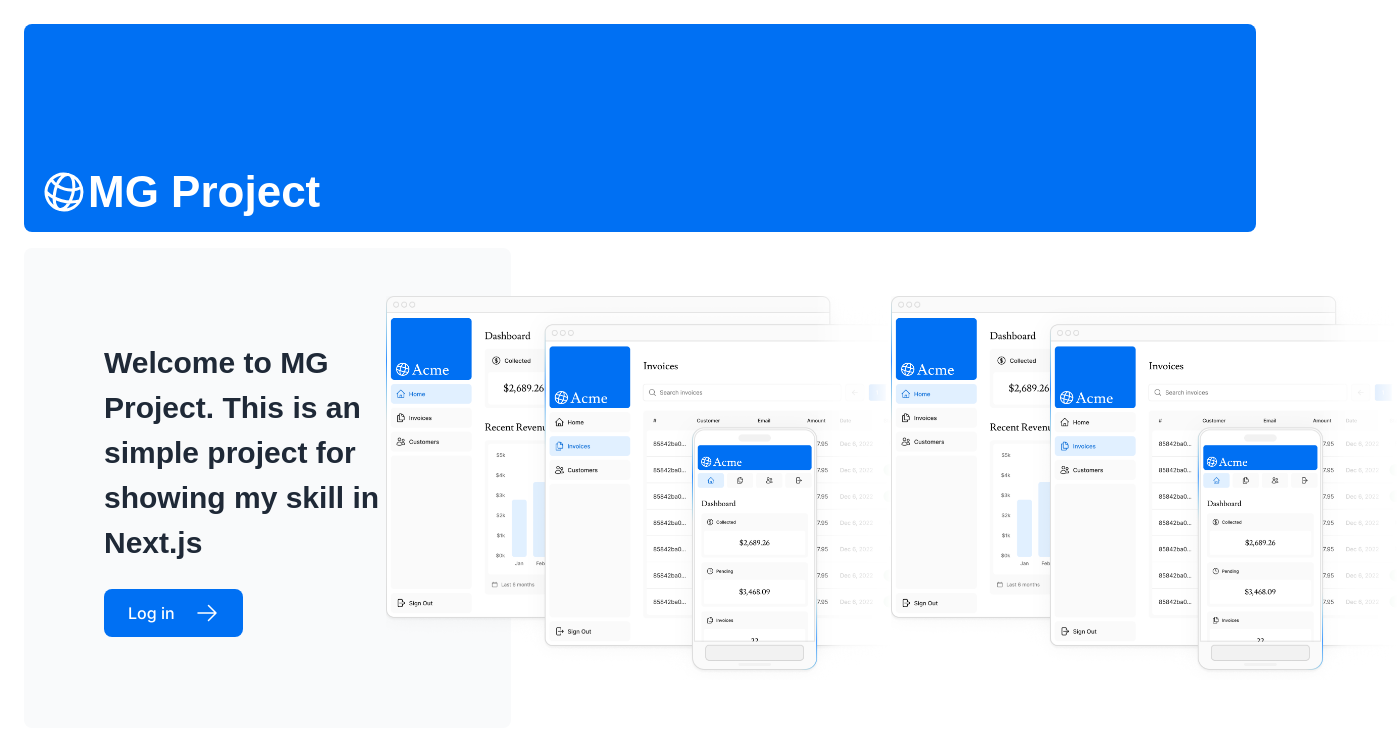
Repository: MikayelGubryan/Financial-dashboard
Page: /
The author's editor kept a copy of each file at every save. The page is drawn from the files as they stood at one save, then again after a run of saves.
The browser window is 1280 px wide. The page is 1397 px wide, then 1280 px, so the pictures cover 1397 px, including what lies to the right of the window. The pictures show the whole page.
Some web fonts or font styles are not loaded; a fallback is used. The project was rebuilt for these pictures with package versions that can differ from the ones it lists, and the page was loaded fresh each time. The framework's server and built-in components were replaced by stand-ins that run in the browser. Also part of the build but not shown: next.config.mjs.

Above is the page before, as saved 2024-07-08 22:50:44.

### app/page.tsx
import AcmeLogo from '@/app/ui/acme-logo';
import { ArrowRightIcon } from '@heroicons/react/24/outline';
import Link from 'next/link';
import { lusitana } from './ui/fonts';
import Image from 'next/image';

export default function Page() {
  return (
    <main className="flex min-h-screen flex-col p-6">
      <div className="flex h-20 shrink-0 items-end rounded-lg bg-blue-500 p-4 md:h-52">
        <AcmeLogo />
      </div>
      <div className="mt-4 flex grow flex-col gap-4 md:flex-row">
        <div className="flex flex-col justify-center gap-6 rounded-lg bg-gray-50 px-6 py-10 md:w-2/5 md:px-20">
          <p className={`text-xl text-gray-800 md:text-3xl md:leading-normal ${lusitana.className}`}>
            <strong>Welcome to MG Project.</strong> This is an simple project for showing my skill in Next.js
          </p>
          <Link
            href="/login"
            className="flex items-center gap-5 self-start rounded-lg bg-blue-500 px-6 py-3 text-sm font-medium text-white transition-colors hover:bg-blue-400 md:text-base"
          >
            <span>Log in</span> <ArrowRightIcon className="w-5 md:w-6" />
          </Link>
        </div>
        <div className="flex items-center justify-center p-6 md:w-3/5 md:px-28 md:py-12">
          <Image
            src="/hero-desktop.png"
            width={1000}
            height={760}
            className="hidden md:block"
            alt="Screenshots of the dashboard project showing desktop version"
          />
          <Image
            src="/hero-desktop.png"
            width={560}
            height={620}
            className="hidden md:block"
            alt="Screenshots of the dashboard project showing desktop version"
          />
        </div>
      </div>
    </main>
  );
}

### app/ui/fonts.ts
import { Inter } from 'next/font/google';
import { Lusitana } from 'next/font/google';

export const inter = Inter({subsets: ['latin']});
export const lusitana = Lusitana({subsets: ['latin'], weight: '700'})

### app/ui/acme-logo.tsx
import { GlobeAltIcon } from '@heroicons/react/24/outline';
import { lusitana } from '@/app/ui/fonts';

export default function AcmeLogo() {
  return (
    <div
      className={`${lusitana.className} flex flex-row items-center leading-none text-white`}
    >
      <GlobeAltIcon className="h-12 w-12 rotate-[15deg]" />
      <p className="text-[44px]">MG Project</p>
    </div>
  );
}

Loaded but not shown: app/layout.tsx (common file); app/ui/global.css (common file); tailwind.config.ts (common file)

After the next 3 saves:
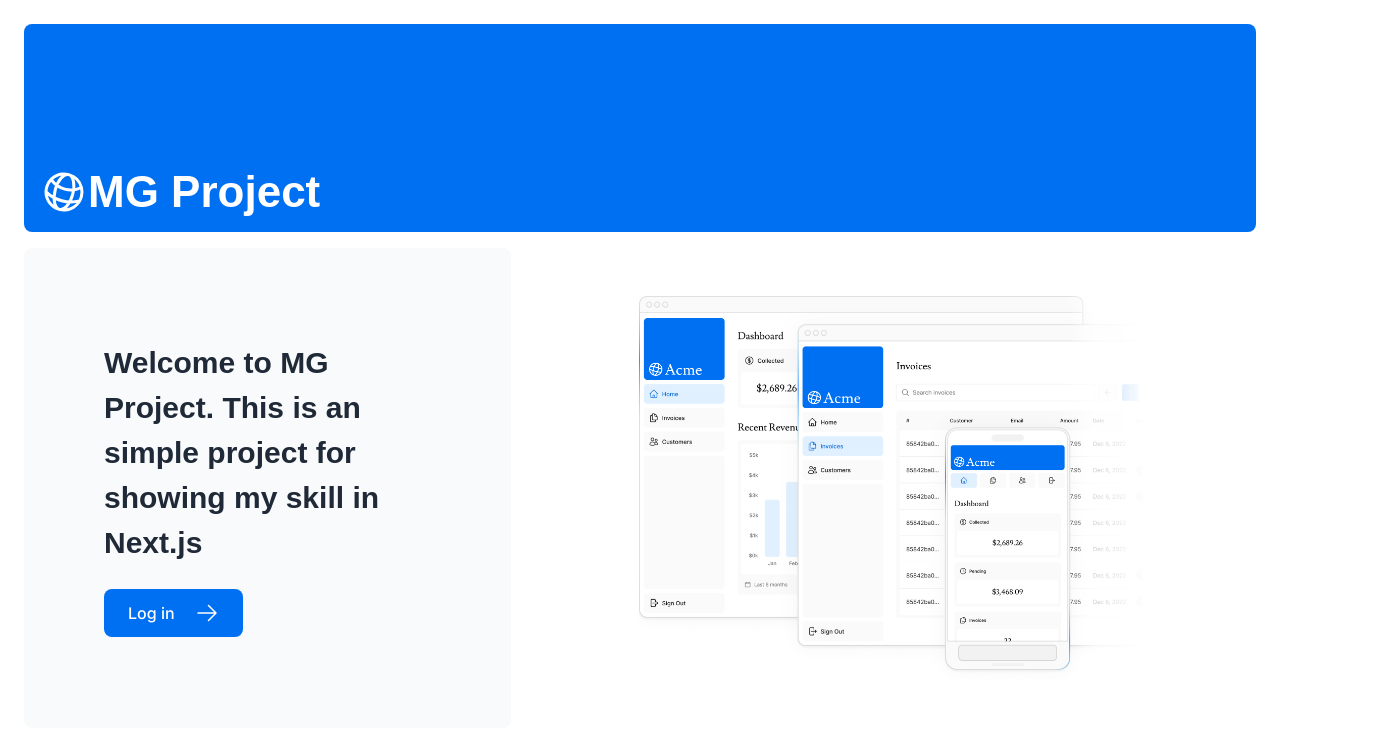
The 3 saves are shown as one change because they came seconds apart.
The last was saved 55 s later.
--- a/app/page.tsx
+++ b/app/page.tsx
@@ -34,7 +34,7 @@
             src="/hero-desktop.png"
             width={560}
             height={620}
-            className="hidden md:block"
+            className="hidden md:hidden"
             alt="Screenshots of the dashboard project showing desktop version"
           />
         </div>
